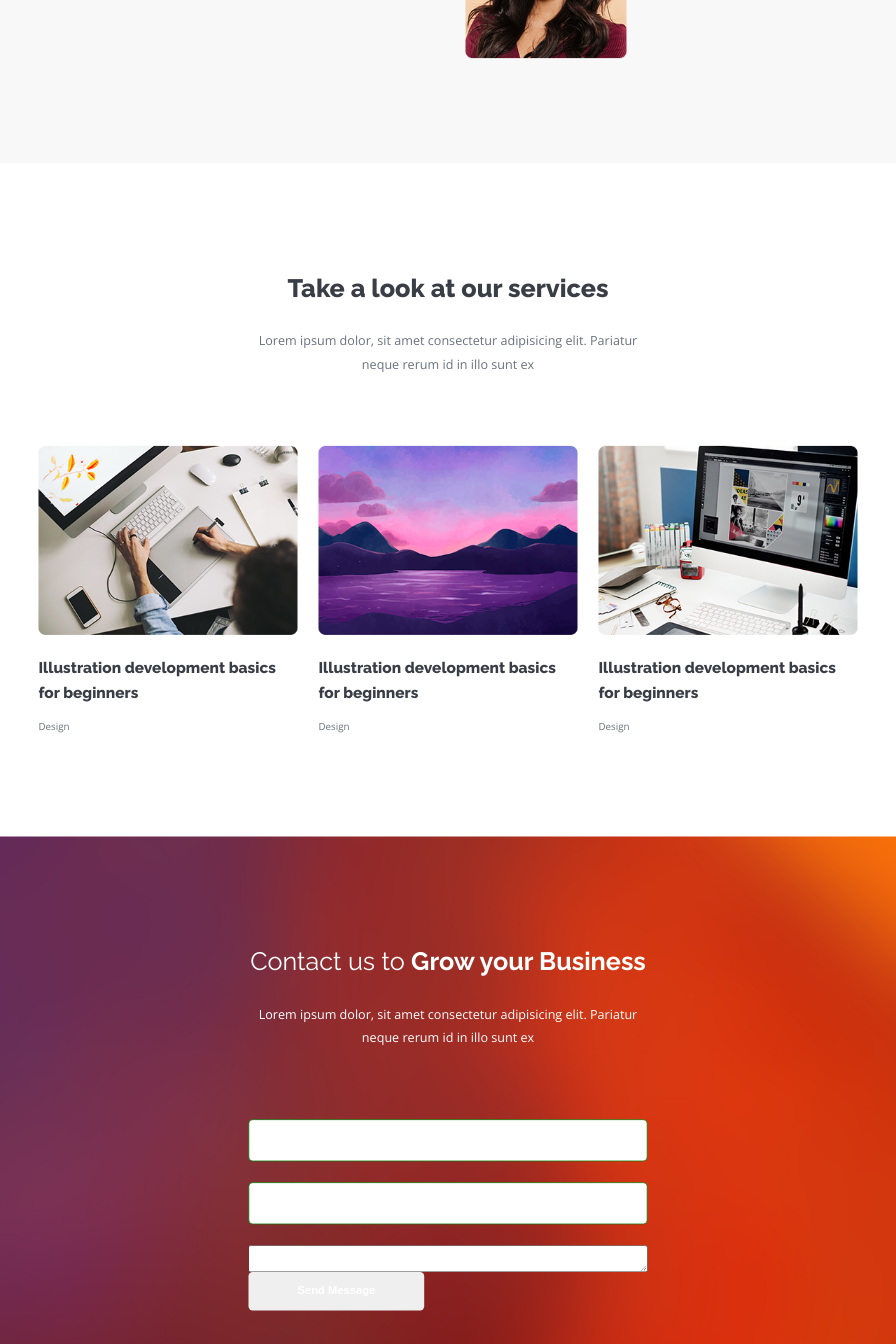
Repository: huydev0401/octavian-1
Page: index.html
These files come from the project's save history. The page is drawn as it stood at one moment and after a run of saves; the edit follows.
The browser window is 1280 px wide. The pictures show the part of the page from y = 4580 to 6500 px (the page is 6602 px tall before and 6606 px after), at 70% of full size.
The style sheet was rebuilt from its Sass, Less or Tailwind sources for each picture, by a compiler version that may differ from the author's.

Above is the page before, as saved 2021-09-02 15:31:20.

After the next 2 saves:
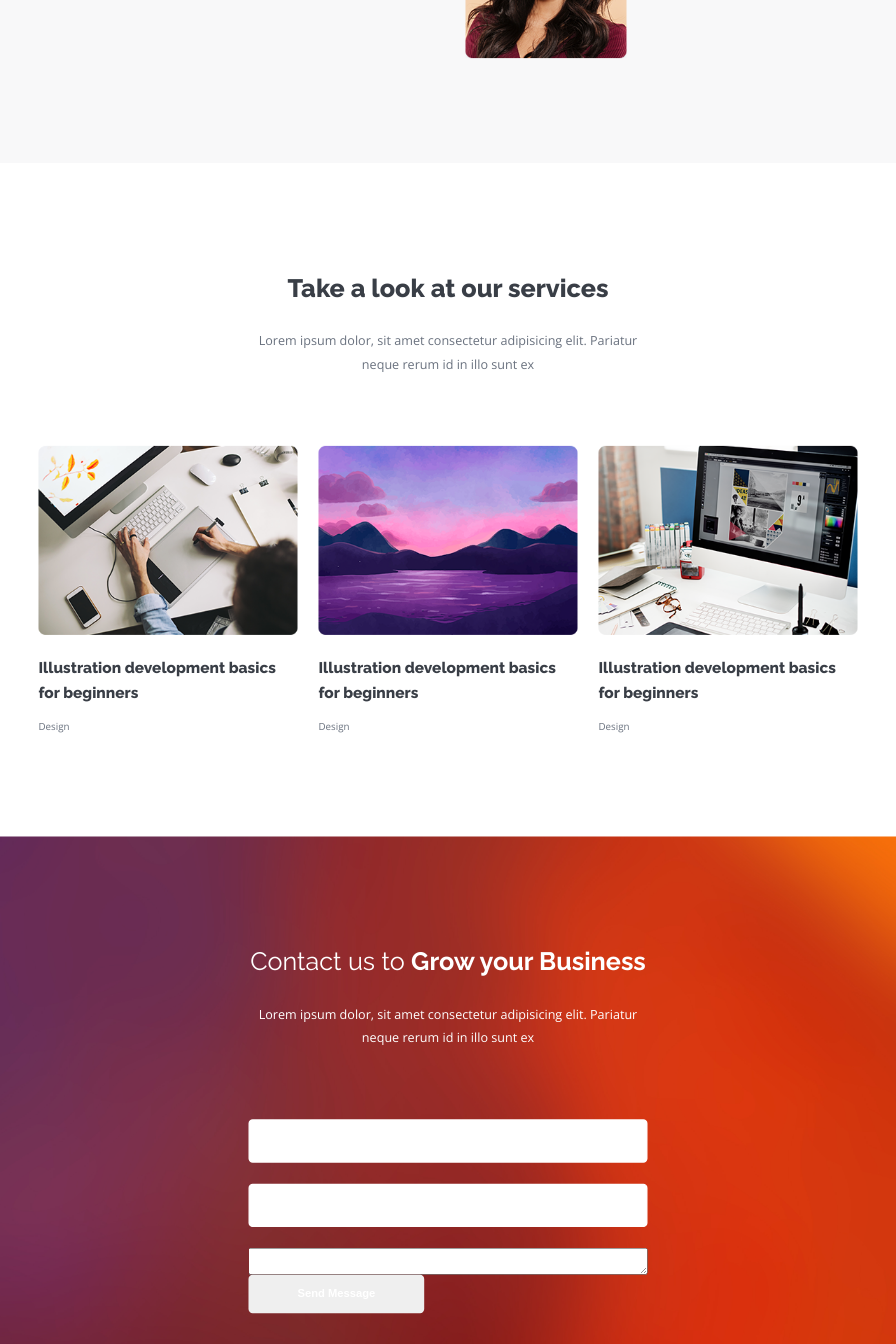
The 2 saves are shown as one change because they came seconds apart.
The last was saved 14 s later.
--- a/scss/_contact.scss
+++ b/scss/_contact.scss
@@ -29,6 +29,6 @@
     padding: 20px 30px;
     margin-bottom: 30px;
     border-radius: 6px;
-    border: 1px solid green;
+    border: 2px solid #fff;
   }
 }
